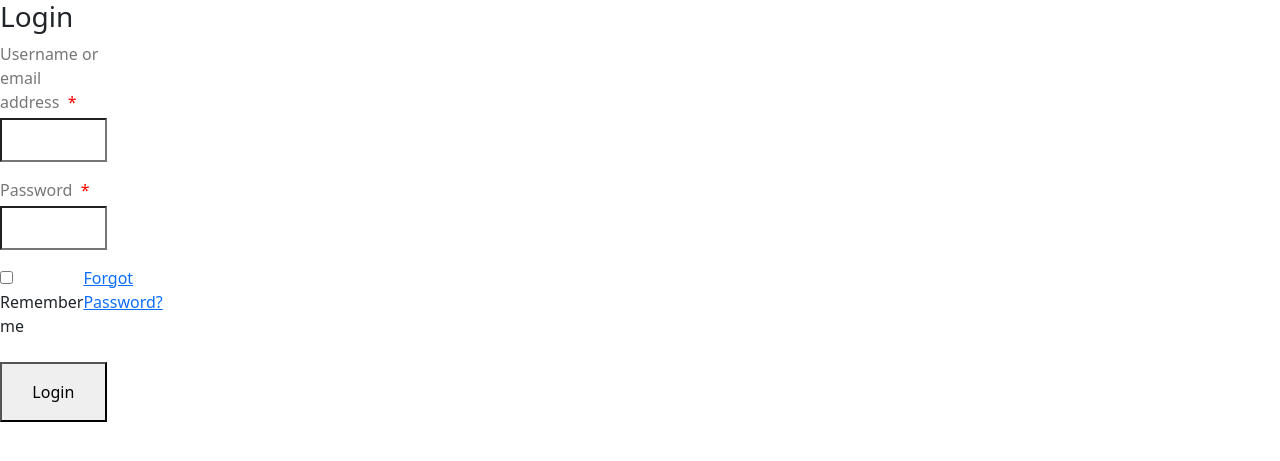
Repository: NguyenDo13/BE2-NhomH
Page: module-20,21/index.html
The author's editor kept a copy of each file at every save. The page is drawn from the files as they stood at one save, then again after a run of saves.
The browser window is 1280 px wide. The pictures show the whole page.

Above is the page before, as saved 2022-05-21 07:31:52.

### module-20,21/index.html
<!DOCTYPE html>
<html lang="en">


<head>
    <meta charset="UTF-8" />
    <meta http-equiv="X-UA-Compatible" content="IE=edge" />
    <meta name="viewport" content="width=device-width, initial-scale=1.0" />
    <link rel="stylesheet" href="index/public/css/style.css" />
    <link rel="stylesheet" href="index/public/css/bootstrap.min.css" />
    <link rel="stylesheet" href="https://cdnjs.cloudflare.com/ajax/libs/font-awesome/6.0.0/css/all.min.css" />
    <title>Document</title>
</head>

<body>
    <div class="maincontainer">
        <div class="remaincontainer">
            <div class="boxcontent">
                <div class="u-columns col2-set">
                    <div class="u-column1 col-1">
                        <form action="" class="formSignin">
                            <h3 class="title-login"> Login </h3>
                            <p class="titleinput-login">
                                <label class="mb-1 font-weight-medium" for="username">Username or email address&nbsp;
                                    <span class="required">*</span>
                                </label>
                                <input type="text" class="input-login" name="username" id="username">
                            </p>
                            <p class="titleinput-login">
                                <label class="mb-1 font-weight-medium" for="password">Password&nbsp;
                                    <span class="required">*</span>
                                </label>
                                <input type="text" class="input-login" name="password" id="password">
                            </p>
                            <div class="Remember-password d-flex flex-column flex-sm-row justify-content-between mb-4">
                                <div class="checkbox-login my-2 my-sm-0">
                                    <input type="checkbox" name="rememberme" id="rememberme" value="forever" class="control-input">
                                    <label class="label-control no-radius" for="rememberme">Remember me</label>
                                </div>
                                <a href="" class="text-v-dark font-weight-semibold">Forgot Password?</a>
                            </div>
                            <p class="form-row mb-3 mb-lg-0 pb-1 pb-lg-0">
                                <input type="hidden" id="login-btn" name="login-btn" value="ca1cd3182f" /><input type="hidden" name="_wp_http_referer" value="/wordpress/porto/shop1/my-account/" />
                                <button type="submit" class="Login-Button button login-btn btn-v-dark py-3 text-md w-100" name="login" value="Login">
                                    Login</button>
                            </p>
                        </form>
                    </div>
                    <div class="u-column2 col-2"></div>
                </div>
            </div>
        </div>
    </div>
</body>

</html>

### module-20,21/index/public/css/style.css
.titleinput-login {
    color: #777777;
}

.input-login {
    width: 100%;
    background-color: #fff;
    color: #777777;
    padding: 8px 12px;
    max-height: 20000px;
}

.required {
    color: red;
    cursor: default;
    border: none;
}

body {}

Loaded but not shown: module-20,21/index/public/css/bootstrap.min.css (library)

After the next 5 saves:
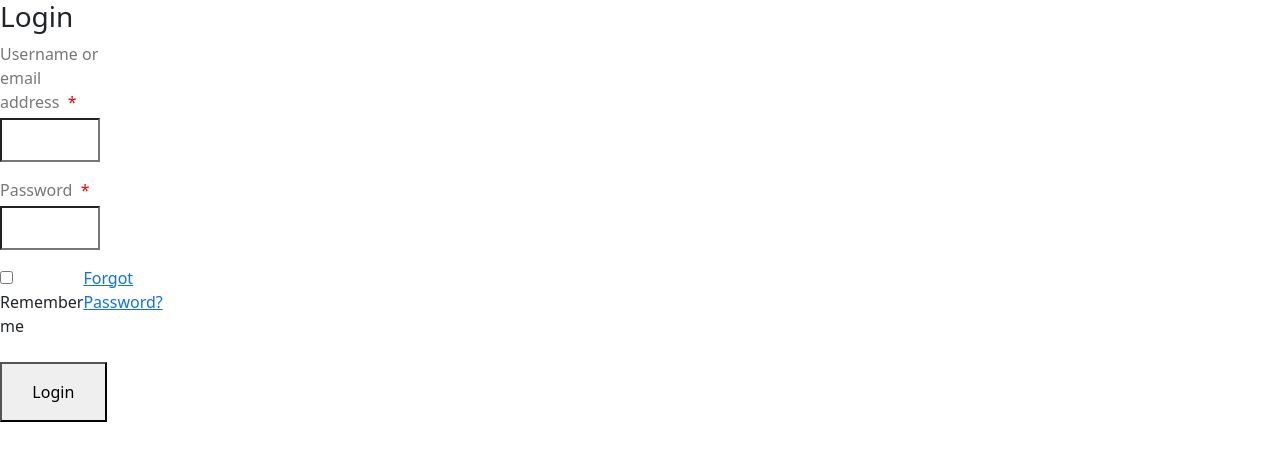
The 5 saves are shown as one change because they came seconds apart.
The last was saved 28 s later.
--- a/module-20,21/index/public/css/style.css
+++ b/module-20,21/index/public/css/style.css
@@ -3,11 +3,10 @@
 }
 
 .input-login {
-    width: 100%;
+    width: 100px;
     background-color: #fff;
     color: #777777;
     padding: 8px 12px;
-    max-height: 20000px;
 }
 
 .required {
